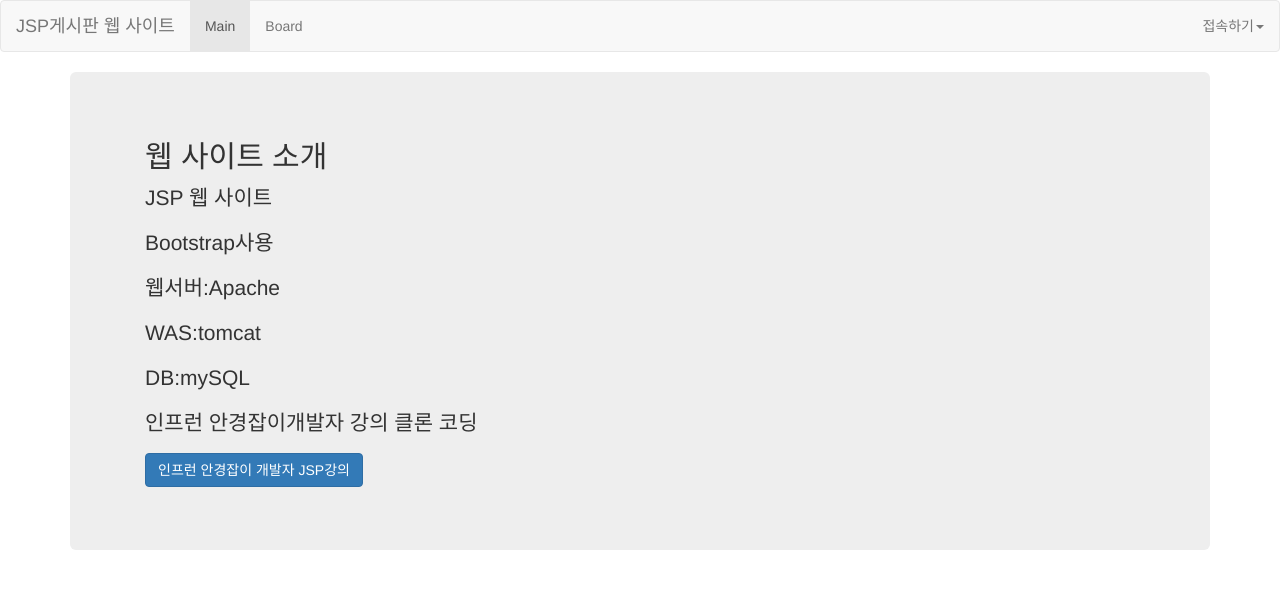
Repository: kwonsye/JSP_Board
Page: http://localhost/BBS/main.jsp
These files come from the project's save history. The page is drawn as it stood at one moment and after the next save; the edit follows.
The browser window is 1280 px wide. The pictures show the whole page.
Some web libraries are served in a nearby version. The page is served by Tomcat 9.

Above is the page before, as saved 2019-01-06 15:56:33.

After the next save:
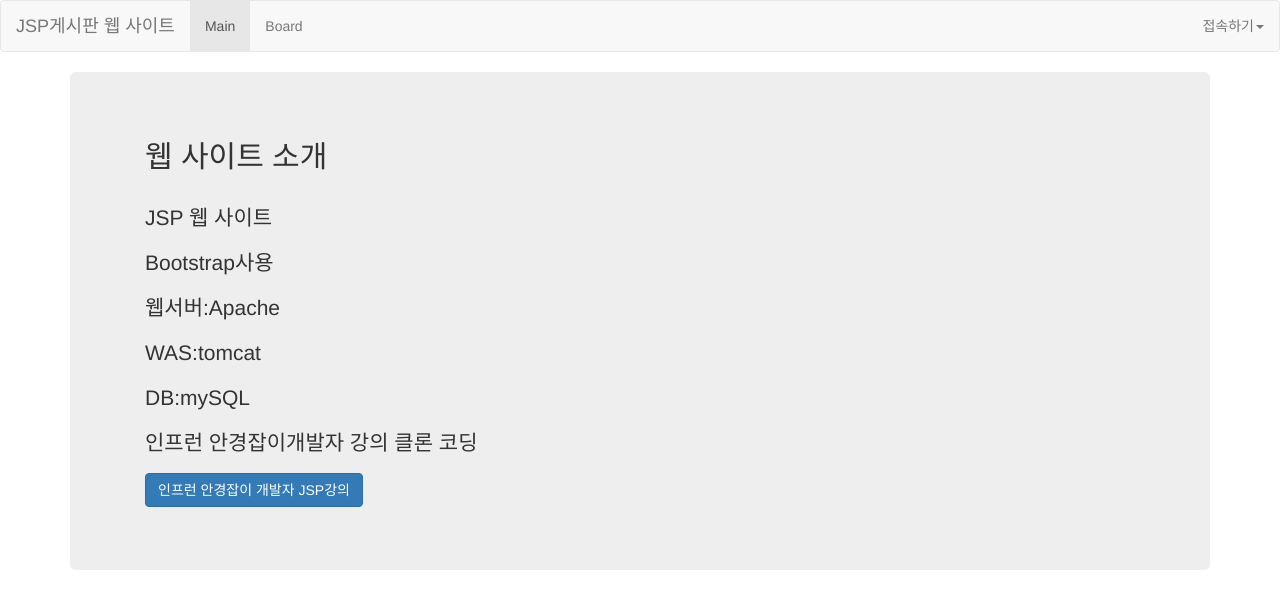
Saved 13 s later.
--- a/projects/BBS/WebContent/main.jsp
+++ b/projects/BBS/WebContent/main.jsp
@@ -77,7 +77,7 @@
 	<div class="container">
 		<div class="jumbotron">
 			<div class="container">
-				<h2>웹 사이트 소개</h2>
+				<h2>웹 사이트 소개</h2><br>
 				<p>JSP 웹 사이트</p>
 				<p>Bootstrap사용</p>
 				<p>웹서버:Apache</p>
